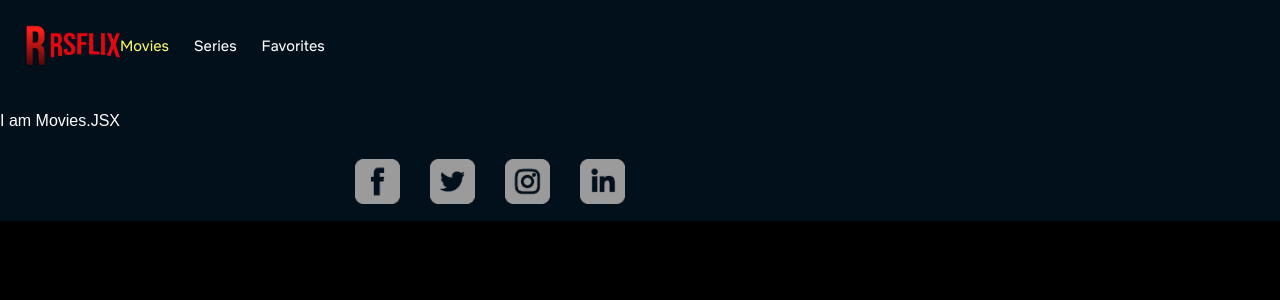
Repository: ronnysalas459/final_project_react
Page: /
These files come from the project's save history. The page is drawn as it stood at one moment and after the next save; the edit follows.
The browser window is 1280 px wide. The pictures show the whole page.
The project was rebuilt for these pictures with package versions that can differ from the ones it lists, and the page was loaded fresh each time. Also part of the build but not shown: src/containers/Favorites.jsx.

Above is the page before, as saved 2021-09-28 20:18:39.

### src/index.jsx
import React from "react";
import ReactDOM from "react-dom";
import { Provider } from "react-redux";
import { compose } from "redux";
import { createStore, applyMiddleware } from "redux";
import logger from "redux-logger";
import reducer from "./reducers";
import App from "./routes/App";

const initialState = {
  favoriteMovies: [],
  sectionActive: "Movies",
};

const composeEnhancers = window.__REDUX_DEVTOOLS_EXTENSION_COMPOSE__ || compose;

//store

const store = createStore(
  reducer,
  initialState,
  composeEnhancers(applyMiddleware(logger))
);

ReactDOM.render(
  <Provider store = { store }>
    <App />
  </Provider>,
  document.getElementById("root")
);

### src/reducers/index.js
const reducer = (state, action) => {
  switch (action.type) {
    case "SET_FAVORITE":
      return {
        ...state,
        favoriteMovies: [...state.favoriteMovies, action.payload],
      };
    case "DELETE_FAVORITE":
      return {
        ...state,
        favoriteMovies: state.favoriteMovies.filter(
          (items) => items.data.id !== action.payload
        ),
      };
    case "SET_SECTION":
      return {
        ...state,
        sectionActive: action.payload,
      };
    default:
      return state;
  }
};

export default reducer;

### src/routes/App.jsx
import React from "react";
import { BrowserRouter, Switch, Route } from "react-router-dom";
import "../assets/styles/App.scss";
import Movies from "../containers/Movies";
import Favorites from "../containers/Favorites";
import Layout from "../components/Layout";

const App = () => (
  <BrowserRouter>
    <Layout>
      <Switch>
        <Route exact path="/favorites" component={Favorites} />
        <Route exact path="/" component={Movies} />
      </Switch>
    </Layout>
  </BrowserRouter>
);
export default App;

### src/assets/styles/App.scss
@import './Vars.scss';

@mixin colCenCen {
  display: flex;
  flex-direction: column;
  padding: 20px;
}

@mixin flexBetCen {
  display: flex;
  justify-content: space-between;
  align-items: center;
}

@mixin flexCenCen {
  display: flex;
  justify-content: center;
  align-items: center;
}

@mixin flexStaSta {
  display: flex;
  justify-content: flex-start;
  align-items: flex-start;
}

* {
  box-sizing: border-box;
}

a:link,
a:visited {
  color: inherit;
  text-decoration: none;
}

body {
  margin: 0;
  background-color: $dark-color;
  color: $light-color;
  font-family: $text-font;
}

h1,
h2,
h3,
h3,
h4,
h5,
h6 {
  color: $primary-color;
  font-family: $title-font;
}

figure {
  margin: 0;
  padding: 0;
}

section {
  min-height: calc(100vh - 300px);
}

### src/containers/Movies.jsx
import React from 'react'

const Movies = () => (
    <p>
        I am Movies.JSX
    </p>
)

export default Movies

### src/components/Layout.jsx
import React from 'react'
import "../assets/styles/components/Layout.scss";
import Footer from "./Footer";
import Header from "./Header";

const Layout = ({ children }) => (
    <div className="layout">
        <Header />
        { children }
        <Footer />
    </div>

);

export default Layout

### src/assets/styles/Vars.scss
@import '../fonts/style.scss';

//Fonts
$title-font: 'Netflix Sans Regular', 'Netflix Sans Bold';
$text-font: 'Source Sans Pro', sans-serif;

//Colors
$primary-color: #65fafb;
$secondary-color: #62c241;
$success-color: #faf76a;
$dark-color: #000000;
$light-color: #ffffff;
$danger-color: #fc859e;

### src/assets/fonts/style.scss
/* #### Generated By: http://www.cufonfonts.com #### */

    @font-face {
    font-family: 'Netflix Sans Regular';
    font-style: normal;
    font-weight: normal;
    src: local('Netflix Sans Regular'), url('NetflixSansRegular.woff') format('woff');
    }


    @font-face {
    font-family: 'Netflix Sans Icon';
    font-style: normal;
    font-weight: normal;
    src: local('Netflix Sans Icon'), url('NetflixSansIcon.woff') format('woff');
    }


    @font-face {
    font-family: 'Netflix Sans Thin';
    font-style: normal;
    font-weight: normal;
    src: local('Netflix Sans Thin'), url('NetflixSansThin.woff') format('woff');
    }


    @font-face {
    font-family: 'Netflix Sans Light';
    font-style: normal;
    font-weight: normal;
    src: local('Netflix Sans Light'), url('NetflixSansLight.woff') format('woff');
    }


    @font-face {
    font-family: 'Netflix Sans Medium';
    font-style: normal;
    font-weight: normal;
    src: local('Netflix Sans Medium'), url('NetflixSansMedium.woff') format('woff');
    }


    @font-face {
    font-family: 'Netflix Sans Bold';
    font-style: normal;
    font-weight: normal;
    src: local('Netflix Sans Bold'), url('NetflixSansBold.woff') format('woff');
    }


    @font-face {
    font-family: 'Netflix Sans Black';
    font-style: normal;
    font-weight: normal;
    src: local('Netflix Sans Black'), url('NetflixSansBlack.woff') format('woff');
    }

### src/assets/styles/components/Layout.scss
@import "../App.scss";

.layout {
  background: #000
    url(../../static/images/background.png) repeat top
    center;
  z-index: 0;
}

### src/components/Footer.jsx
import React from "react";
import logoFacebook from "../assets/static/icons/facebook.png";
import logoTwitter  from "../assets/static/icons/twitter.png";
import logoInstagram  from "../assets/static/icons/instagram.png";
import logoLinkedin  from "../assets/static/icons/linkedin.png";
import "../assets/styles/components/Footer.scss";

const Footer = () => (
  <footer className="footer">
    <div className="footer__made">
      <a
        className="option"
        href="https://www.facebook.com/ronny.salas.7"
        rel="noopener noreferrer"
        target="_blank"
      >
         <img src={logoFacebook} alt="logo" width="45" height="45"></img>
      </a>
      <a
        className="option"
        href="https://twitter.com/RonnySalas"
        rel="noopener noreferrer"
        target="_blank"
      >
        <img src={logoTwitter} alt="logo" width="45" height="45"></img>
      </a>
      <a
        className="option"
        href="https://www.instagram.com/rsalas459/?hl=es"
        rel="noopener noreferrer"
        target="_blank"
      >
        <img src={logoInstagram} alt="logo" width="45" height="45"></img>
      </a>
      <a
        className="option"
        href="https://www.linkedin.com/in/ronny-salas-2525ab13a"
        rel="noopener noreferrer"
        target="_blank"
      >
        <img src={logoLinkedin} alt="logo" width="45" height="45"></img>
      </a>
    </div>
  </footer>
);

export default Footer;

### src/components/Header.jsx
import React from "react";
import { Link } from "react-router-dom";
import { useSelector, useDispatch } from "react-redux";
import { setSection } from "../actions";
import "../assets/styles/components/Header.scss";
import Logo from "../assets/static/images/logo.png";

const Header = () => {
  const sectionActive = useSelector((state) => state.sectionActive);
  const dispatch = useDispatch();

  const handleSetSection = (section) => {
    dispatch(setSection(section));
  };
  return (
    <header className="header">
      <figure className="header__logo">
        <img className="header__logo-img" src={Logo} alt="Netflix" />
      </figure>
      <nav className="header__nav">
        <ul className="header__nav__options">
          <li
            onclick={() => handleSetSection("Movies")}
            className={`header__nav__options-item ${
              sectionActive === "Movies" ? "active" : ""
            }`}
          >
            <Link to="/">Movies</Link>
          </li>
          <li
            onClick={() => handleSetSection("Favorites")}
            className={`header__nav__options-item ${
              sectionActive === "Favorites" ? "active" : ""
            }`}
          >
            <Link to="/series">Series</Link>
                  </li>
                  <li
            onClick={() => handleSetSection("Favorites")}
            className={`header__nav__options-item ${
              sectionActive === "Favorites" ? "active" : ""
            }`}
          >
            <Link to="/favorites">Favorites</Link>
          </li>
        </ul>
      </nav>
    </header>
  );
};

export default Header;

### src/assets/styles/components/Footer.scss
@import '../App.scss';

.footer {
  @include flexBetCen;
  margin: 0 20px;
  height: 75px;
}

.footer__made {
  @include flexStaSta;
  width: 50%;
  height: 100%;
  display: flex;
  align-items: center;
  justify-content: flex-end;

  .option {
    padding: 10px 15px;
    cursor: pointer;
  }
}

.logo {
  display:flex;
  cursor: pointer;
  width: 45px;
  height: 45px;
  position: relative;
  top: -25px;
  left: 245px;
}

.logo-img {
  color: #00a9e6;

}

.footer__location {
  span {
    color: #14b600;
  }
}

### src/actions/index.js
export const setFavorite = (payload) => ({
  type: "SET_FAVORITE",
  payload,
});

export const deleteFavorite = (payload) => ({
  type: "DELETE_FAVORITE",
  payload,
});

export const setSection = (payload) => ({
  type: "SET_SECTION",
  payload,
});

### src/assets/styles/components/Header.scss
@import '../App.scss';

.header {
  @include colCenCen;
  display: flex;
  flex-direction: row;
}

.header__logo-img {
  width: 100px;
  height: auto;
}

.header__nav__options {
  @include flexCenCen;
  padding: 0;
}

.header__nav__options-item {
  margin-right: 25px;
  font-size: 15px;
  font-family: $title-font;
  list-style-type: none;
}

.header__nav__options-item.active {
  color: $success-color
}

.header__nav__options-item:last-child {
  margin-right: 0;
}

.header__nav__options-item:hover {
  cursor: pointer;
  color: $success-color;
}

Loaded but not shown: public/index.html (common file)

After the next save:
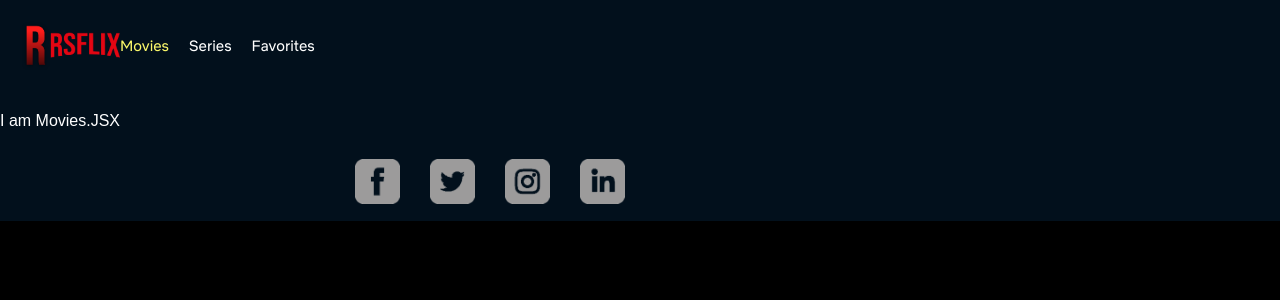
Saved 12 s later.
--- a/src/assets/styles/components/Header.scss
+++ b/src/assets/styles/components/Header.scss
@@ -17,7 +17,7 @@
 }
 
 .header__nav__options-item {
-  margin-right: 25px;
+  margin-right: 20px;
   font-size: 15px;
   font-family: $title-font;
   list-style-type: none;
